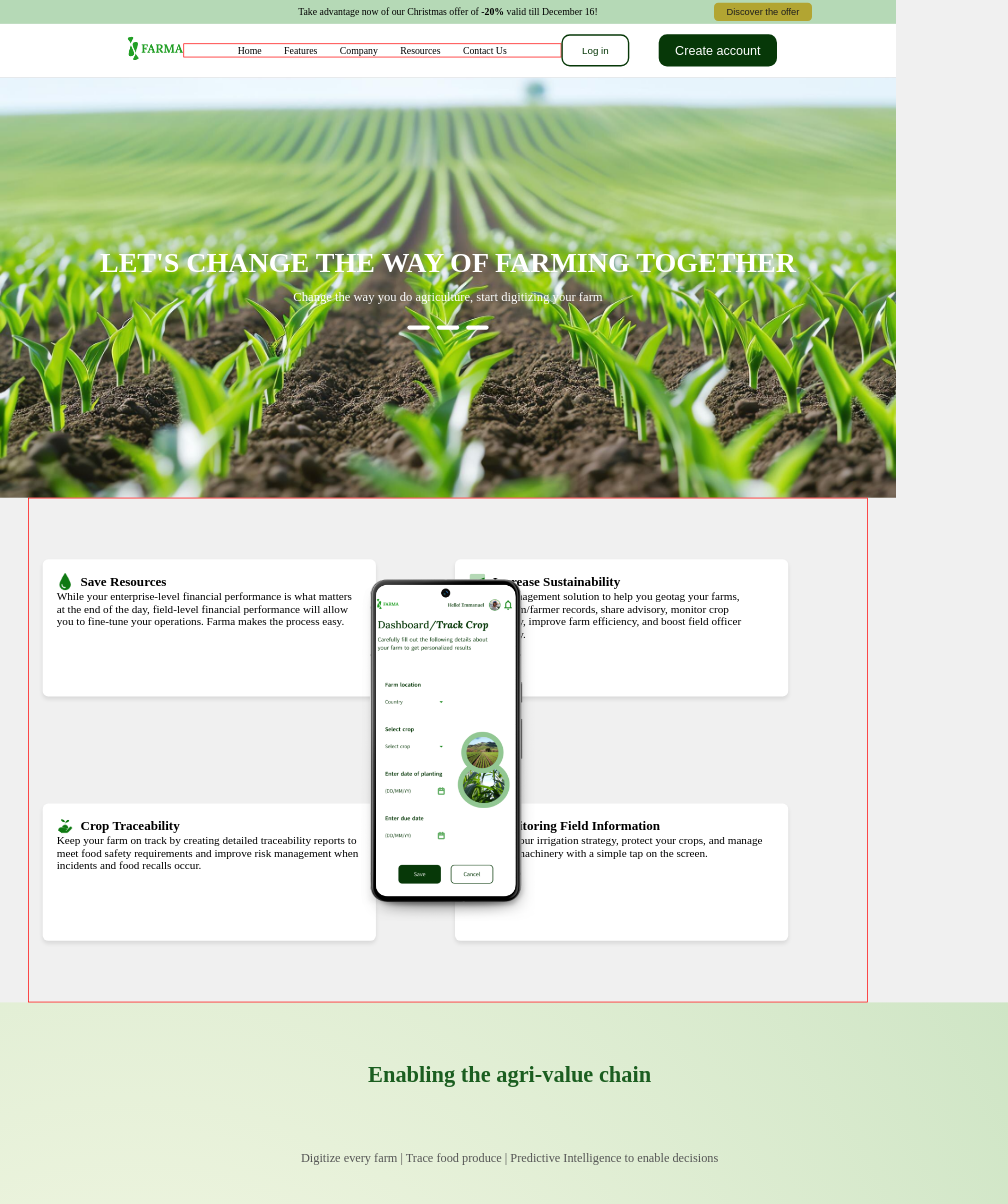
Repository: Cryptim/FARMA-TEAM-4
Page: index.html
An editor plug-in stored every save of this project. The page is shown before and after the next save, followed by the edit.
The browser window is 1280 px wide. The page is 1440 px wide, then 1280 px, so the pictures cover 1440 px, including what lies to the right of the window. The pictures show the part of the page from y = 0 to 1720 px (the page is 2867 px tall before and 2490 px after), at 70% of full size.
Pictures or frames that could not be fetched are drawn as grey boxes.

Above is the page before, as saved 2024-12-05 22:05:50.

After the next save:
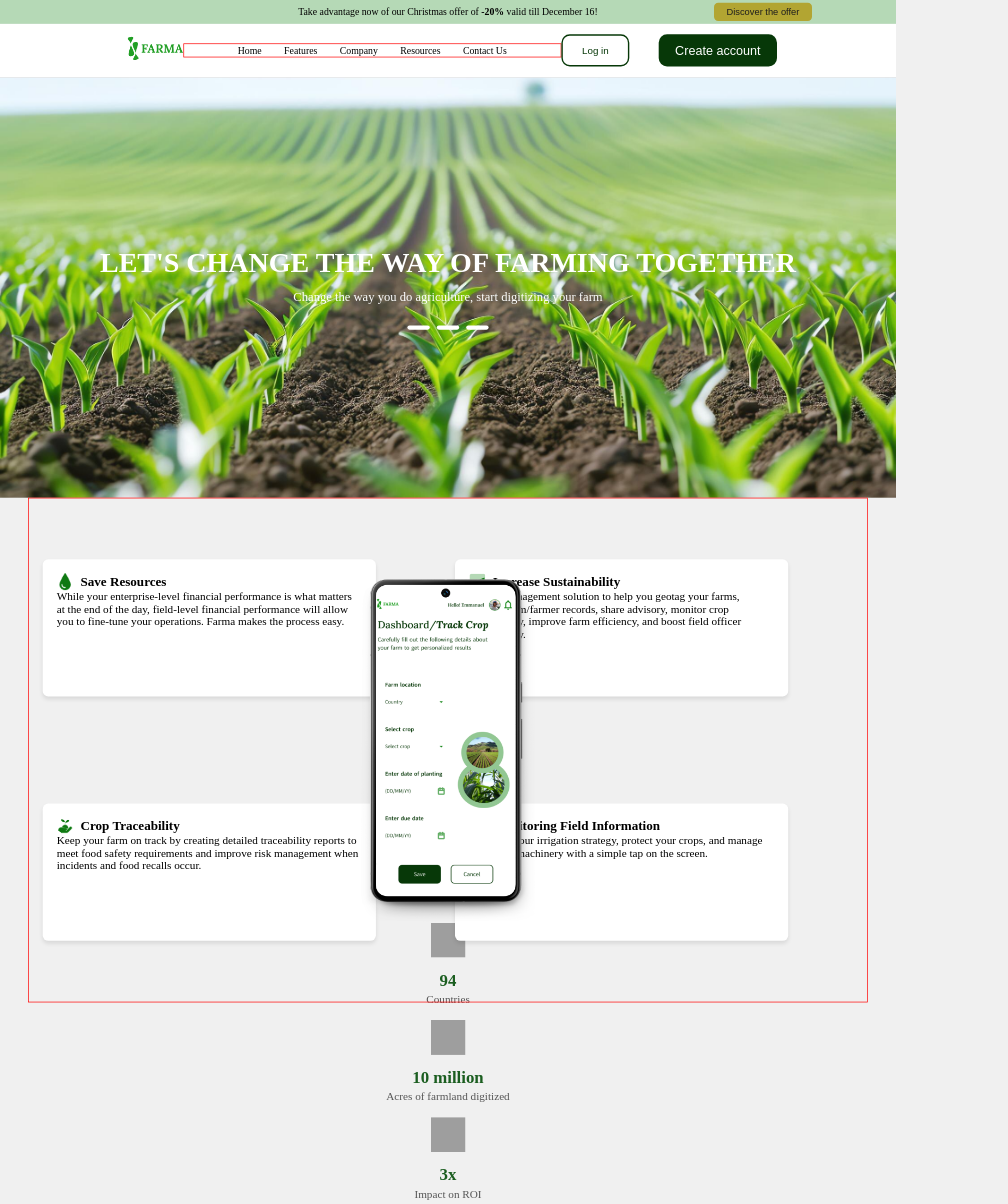
Saved 16 s later.
--- a/styles.css
+++ b/styles.css
@@ -274,23 +274,13 @@
 }
 /* Value Chain Section */
 .agri-value-chain {
-  display: flex;
-  flex-direction: column;
-  align-items: center;
-  padding: 84px 206px 121.929px 222px;
-  gap: 80.63px;
-
-  /* position: absolute; */
-  width: 1440px;
+  text-align: center;
+  padding: 40px 20px;
   height: 765px;
-  left: 0px;
-  top: 1410px;
-
-  background: radial-gradient(
-    239.91% 558% at 12.94% 141.56%,
-    #fffded 0%,
-    #92c793 100%
-  );
+  display: flex; /* Enables flexbox */
+  flex-direction: column; /* Align items in a column */
+  justify-content: center; /* Centers content vertically */
+  align-items: center; /* Centers content horizontally */
 }
 
 .agri-value-chain h1 {
